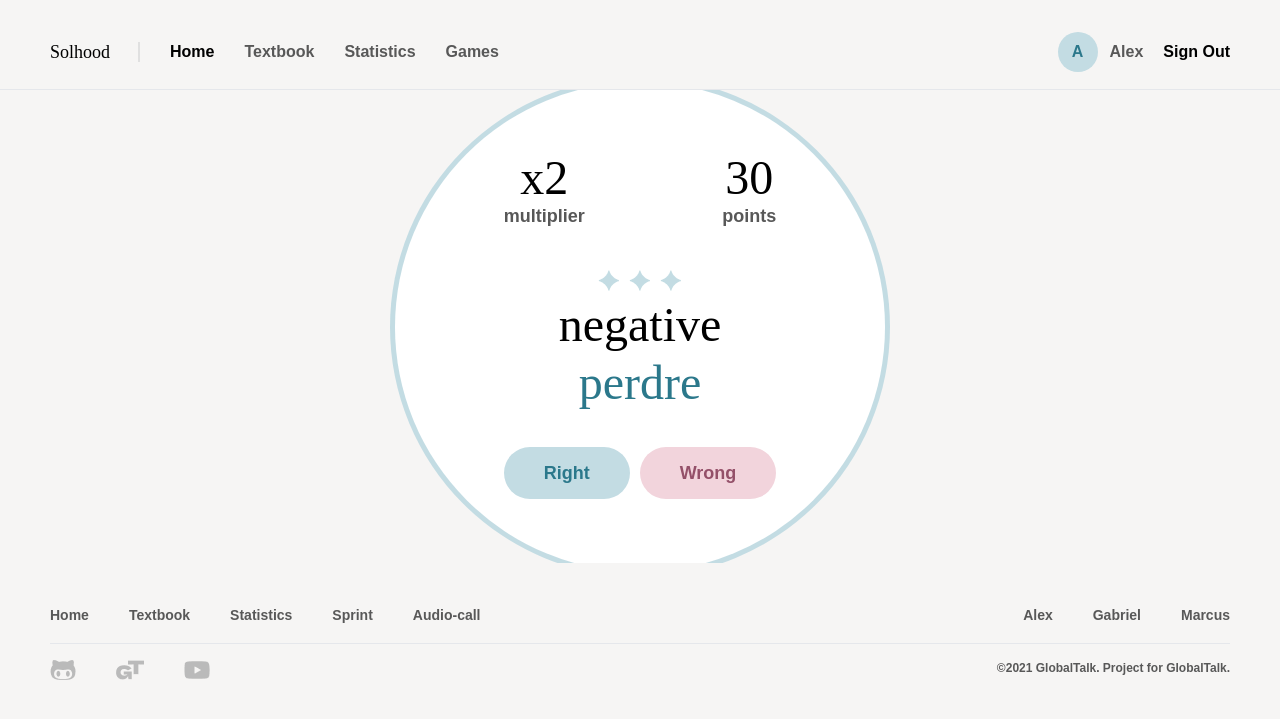
Repository: haudnn/solhood
Page: /game
An editor plug-in stored every save of this project. The page is shown before and after the next save, followed by the edit.
The browser window is 1280 px wide. The pictures show the whole page.
The project was rebuilt for these pictures with package versions that can differ from the ones it lists, and the page was loaded fresh each time. Also part of the build but not shown: src/pages/Home.tsx, src/pages/Sprint.tsx.

Above is the page before, as saved 2023-01-03 17:59:07.

### src/index.css
@tailwind base;
@tailwind components;
@tailwind utilities;

@import url('https://fonts.googleapis.com/css2?family=Dela+Gothic+One&family=Montserrat:wght@400;500;600;700&display=swap');

@layer components {
    html{
        scroll-behavior: smooth;
    }
    .app-container{
        width: 1180px !important;
        margin: 0 auto !important;
    }
    .wrapper {
        height: calc(100vh - 90px);
        overflow: hidden;
    }
    .line {
        position: relative;
    }
    .wrapper-calc {
        height: calc(100vh - 90px - 157px);
        overflow: hidden;
    }
    .cir-container{

    }
    .circular-progess{
        position: relative;
        height: 500px;
        width: 500px;
        border-radius: 50%;
        background: conic-gradient(#2b788b 3.6deg, #c3dce3 0deg);
        display: flex;
        align-items: center;
        justify-content: center;
    }
    .circular-progess::before{
        content: "";
        position: absolute;
        height: 490px;
        width: 490px;
        border-radius: 50%;
        background-color: white;
    }
    .content{
        position: relative;
    }
    .line::before{
        position: absolute;
        content: "";
        right: -30px;
        border-right: 2px solid #e0e0e0 ;
        height: 20px;
        top: 50%;
        transform: translateY(-50%);
    }
    .line-long {
        position: relative;
    }
    .line-long::before{
        position: absolute;
        content: "";
        right: 0px;
        border-right: 2px solid #e0e0e0 ;
        height: 100%;
        top: 50%;
        transform: translateY(-50%);
    }
    .bridge::before {
        position: absolute;
        left:0;
        top:-16px;
        width: 100%;
        height: 20px;
        content:"";
        display: block;
    }
    .grid {
        width: 100%;
        display: block !important;
        padding: 0;
    }

    .grid.wide {
        max-width: 1200px;
        margin: 0 auto;
    }

    .row {
        display: flex;
        flex-wrap: wrap;
        margin-left: -4px;
        margin-right: -4px;
    }

    .row.no-gutters {
        margin-left: 0;
        margin-right: 0;
    }

    .col {
        padding-left: 4px;
        padding-right: 4px;
    }

    .row.no-gutters .col {
        padding-left: 0;
        padding-right: 0;
    }

    .c-0 {
        display: none;
    }

    .c-1 {
        flex: 0 0 8.33333%;
        max-width: 8.33333%;
    }

    .c-2 {
        flex: 0 0 16.66667%;
        max-width: 16.66667%;
    }

    .c-3 {
        flex: 0 0 25%;
        max-width: 25%;
    }

    .c-4 {
        flex: 0 0 33.33333%;
        max-width: 33.33333%;
    }

    .c-5 {
        flex: 0 0 41.66667%;
        max-width: 41.66667%;
    }

    .c-6 {
        flex: 0 0 50%;
        max-width: 50%;
    }

    .c-7 {
        flex: 0 0 58.33333%;
        max-width: 58.33333%;
    }

    .c-8 {
        flex: 0 0 66.66667%;
        max-width: 66.66667%;
    }

    .c-9 {
        flex: 0 0 75%;
        max-width: 75%;
    }

    .c-10 {
        flex: 0 0 83.33333%;
        max-width: 83.33333%;
    }

    .c-11 {
        flex: 0 0 91.66667%;
        max-width: 91.66667%;
    }

    .c-12 {
        flex: 0 0 100%;
        max-width: 100%;
    }

    .c-o-1 {
        margin-left: 8.33333%;
    }

    .c-o-2 {
        margin-left: 16.66667%;
    }

    .c-o-3 {
        margin-left: 25%;
    }

    .c-o-4 {
        margin-left: 33.33333%;
    }

    .c-o-5 {
        margin-left: 41.66667%;
    }

    .c-o-6 {
        margin-left: 50%;
    }

    .c-o-7 {
        margin-left: 58.33333%;
    }

    .c-o-8 {
        margin-left: 66.66667%;
    }

    .c-o-9 {
        margin-left: 75%;
    }

    .c-o-10 {
        margin-left: 83.33333%;
    }

    .c-o-11 {
        margin-left: 91.66667%;
    }

    /* >= Tablet */
    @media (min-width: 740px) {
        .row {
            margin-left: -8px;
            margin-right: -8px;
        }

        .col {
            padding-left: 8px;
            padding-right: 8px;
        }

        .m-0 {
            display: none;
        }

        .m-1,
        .m-2,
        .m-3,
        .m-4,
        .m-5,
        .m-6,
        .m-7,
        .m-8,
        .m-9,
        .m-10,
        .m-11,
        .m-12 {
            display: block;
        }

        .m-1 {
            flex: 0 0 8.33333%;
            max-width: 8.33333%;
        }

        .m-2 {
            flex: 0 0 16.66667%;
            max-width: 16.66667%;
        }

        .m-3 {
            flex: 0 0 25%;
            max-width: 25%;
        }

        .m-4 {
            flex: 0 0 33.33333%;
            max-width: 33.33333%;
        }

        .m-5 {
            flex: 0 0 41.66667%;
            max-width: 41.66667%;
        }

        .m-6 {
            flex: 0 0 50%;
            max-width: 50%;
        }

        .m-7 {
            flex: 0 0 58.33333%;
            max-width: 58.33333%;
        }

        .m-8 {
            flex: 0 0 66.66667%;
            max-width: 66.66667%;
        }

        .m-9 {
            flex: 0 0 75%;
            max-width: 75%;
        }

        .m-10 {
            flex: 0 0 83.33333%;
            max-width: 83.33333%;
        }

        .m-11 {
            flex: 0 0 91.66667%;
            max-width: 91.66667%;
        }

        .m-12 {
            flex: 0 0 100%;
            max-width: 100%;
        }

        .m-o-1 {
            margin-left: 8.33333%;
        }

        .m-o-2 {
            margin-left: 16.66667%;
        }

        .m-o-3 {
            margin-left: 25%;
        }

        .m-o-4 {
            margin-left: 33.33333%;
        }

        .m-o-5 {
            margin-left: 41.66667%;
        }

        .m-o-6 {
            margin-left: 50%;
        }

        .m-o-7 {
            margin-left: 58.33333%;
        }

        .m-o-8 {
            margin-left: 66.66667%;
        }

        .m-o-9 {
            margin-left: 75%;
        }

        .m-o-10 {
            margin-left: 83.33333%;
        }

        .m-o-11 {
            margin-left: 91.66667%;
        }
    }

    /* PC medium resolution > */
    @media (min-width: 1113px) {
        .row {
            margin-left: -12px;
            margin-right: -12px;
        }

        .row.sm-gutter {
            margin-left: -5px;
            margin-right: -5px;
        }

        .col {
            padding-left: 12px;
            padding-right: 12px;
        }

        .row.sm-gutter .col {
            padding-left: 5px;
            padding-right: 5px;
        }

        .l-0 {
            display: none;
        }

        .l-1,
        .l-2,
        .l-2-4,
        .l-3,
        .l-4,
        .l-5,
        .l-6,
        .l-7,
        .l-8,
        .l-9,
        .l-10,
        .l-11,
        .l-12 {
            display: block;
        }

        .l-1 {
            flex: 0 0 8.33333%;
            max-width: 8.33333%;
        }

        .l-2 {
            flex: 0 0 16.66667%;
            max-width: 16.66667%;
        }

        .l-2-4 {
            flex: 0 0 20%;
            max-width: 20%;
        }

        .l-3 {
            flex: 0 0 25%;
            max-width: 25%;
        }

        .l-4 {
            flex: 0 0 33.33333%;
            max-width: 33.33333%;
        }

        .l-5 {
            flex: 0 0 41.66667%;
            max-width: 41.66667%;
        }

        .l-6 {
            flex: 0 0 50%;
            max-width: 50%;
        }

        .l-7 {
            flex: 0 0 58.33333%;
            max-width: 58.33333%;
        }

        .l-8 {
            flex: 0 0 66.66667%;
            max-width: 66.66667%;
        }

        .l-9 {
            flex: 0 0 75%;
            max-width: 75%;
        }

        .l-10 {
            flex: 0 0 83.33333%;
            max-width: 83.33333%;
        }

        .l-11 {
            flex: 0 0 91.66667%;
            max-width: 91.66667%;
        }

        .l-12 {
            flex: 0 0 100%;
            max-width: 100%;
        }

        .l-o-1 {
            margin-left: 8.33333%;
        }

        .l-o-2 {
            margin-left: 16.66667%;
        }

        .l-o-3 {
            margin-left: 25%;
        }

        .l-o-4 {
            margin-left: 33.33333%;
        }

        .l-o-5 {
            margin-left: 41.66667%;
        }

        .l-o-6 {
            margin-left: 50%;
        }

        .l-o-7 {
            margin-left: 58.33333%;
        }

        .l-o-8 {
            margin-left: 66.66667%;
        }

        .l-o-9 {
            margin-left: 75%;
        }

        .l-o-10 {
            margin-left: 83.33333%;
        }

        .l-o-11 {
            margin-left: 91.66667%;
        }
    }

    /* Tablet - PC low resolution */
    @media (min-width: 740px) and (max-width: 1023px) {
        .wide {
            width: 644px;
        }
    }

    /* > PC low resolution */
    @media (min-width: 1024px) and (max-width: 1239px) {
        .wide {
            width: 984px;
        }

        .wide .row {
            margin-left: -12px;
            margin-right: -12px;
        }

        .wide .row.sm-gutter {
            margin-left: -5px;
            margin-right: -5px;
        }

        .wide .col {
            padding-left: 12px;
            padding-right: 12px;
        }

        .wide .row.sm-gutter .col {
            padding-left: 5px;
            padding-right: 5px;
        }

        .wide .l-0 {
            display: none;
        }

        .wide .l-1,
        .wide .l-2,
        .wide .l-2-4,
        .wide .l-3,
        .wide .l-4,
        .wide .l-5,
        .wide .l-6,
        .wide .l-7,
        .wide .l-8,
        .wide .l-9,
        .wide .l-10,
        .wide .l-11,
        .wide .l-12 {
            display: block;
        }

        .wide .l-1 {
            flex: 0 0 8.33333%;
            max-width: 8.33333%;
        }

        .wide .l-2 {
            flex: 0 0 16.66667%;
            max-width: 16.66667%;
        }

        .wide .l-2-4 {
            flex: 0 0 20%;
            max-width: 20%;
        }

        .wide .l-3 {
            flex: 0 0 25%;
            max-width: 25%;
        }

        .wide .l-4 {
            flex: 0 0 33.33333%;
            max-width: 33.33333%;
        }

        .wide .l-5 {
            flex: 0 0 41.66667%;
            max-width: 41.66667%;
        }

        .wide .l-6 {
            flex: 0 0 50%;
            max-width: 50%;
        }

        .wide .l-7 {
            flex: 0 0 58.33333%;
            max-width: 58.33333%;
        }

        .wide .l-8 {
            flex: 0 0 66.66667%;
            max-width: 66.66667%;
        }

        .wide .l-9 {
            flex: 0 0 75%;
            max-width: 75%;
        }

        .wide .l-10 {
            flex: 0 0 83.33333%;
            max-width: 83.33333%;
        }

        .wide .l-11 {
            flex: 0 0 91.66667%;
            max-width: 91.66667%;
        }

        .wide .l-12 {
            flex: 0 0 100%;
            max-width: 100%;
        }

        .wide .l-o-1 {
            margin-left: 8.33333%;
        }

        .wide .l-o-2 {
            margin-left: 16.66667%;
        }

        .wide .l-o-3 {
            margin-left: 25%;
        }

        .wide .l-o-4 {
            margin-left: 33.33333%;
        }

        .wide .l-o-5 {
            margin-left: 41.66667%;
        }

        .wide .l-o-6 {
            margin-left: 50%;
        }

        .wide .l-o-7 {
            margin-left: 58.33333%;
        }

        .wide .l-o-8 {
            margin-left: 66.66667%;
        }

        .wide .l-o-9 {
            margin-left: 75%;
        }

        .wide .l-o-10 {
            margin-left: 83.33333%;
        }

        .wide .l-o-11 {
            margin-left: 91.66667%;
        }
    }
}

### src/App.tsx
import "./App.css";
import { BrowserRouter } from 'react-router-dom';
import RouterConfig from './config/RouterConfig';
import Footer from "./components/Layout/Footer";
import Header from "./components/Layout/Header";
function App() {
  return (
    <div className="App font-montserrat">
      <BrowserRouter>
        <Header />
        <RouterConfig/>
        <Footer/>
      </BrowserRouter>
    </div>
  );
}

export default App;

### src/config/RouterConfig.tsx
import React from 'react'
import { Routes, Route } from 'react-router-dom';
import {router} from '../constants';
const RouterConfig = () => {
  return (
    <Routes>
    {router.map(({ path, component }) => (
      <Route key={path} path={path} element={component} />
    ))}
  </Routes>
  )
}

export default RouterConfig

### src/components/Layout/Footer.tsx
import React from "react";
import github from '../../assets/imgs/github.png';
import GT from '../../assets/imgs/GT.png'
import youtube from '../../assets/imgs/youtube.png'
const Footer = () => {
  return (
    <footer>
      <div className="bg-greyligt py-[40px]">
        <div className="app-container">
          <div className="pb-4 border-b border-solid boder-[greymedium]">
            <div className="grid">
              <div className="row">
                <div className="col l-6">
                  <ul className="flex items-center gap-x-10">
                    <li>
                      <a
                        className="text-sm font-semibold text-greydark"
                        href="/"
                      >
                        Home
                      </a>
                    </li>
                    <li>
                      <a
                        className="text-sm font-semibold text-greydark"
                        href="/"
                      >
                        Textbook
                      </a>
                    </li>
                    <li>
                      <a
                        className="text-sm font-semibold text-greydark"
                        href="/"
                      >
                        Statistics
                      </a>
                    </li>
                    <li>
                      <a
                        className="text-sm font-semibold text-greydark"
                        href="/"
                      >
                        Sprint
                      </a>
                    </li>
                    <li>
                      <a
                        className="text-sm font-semibold text-greydark"
                        href="/"
                      >
                        Audio-call
                      </a>
                    </li>
                  </ul>
                </div>
                <div className="col l-6">
                  <ul className="flex items-center justify-end gap-x-10">
                    <li>
                      <a
                        className="text-sm font-semibold text-greydark"
                        href="/"
                      >
                        Alex
                      </a>
                    </li>
                    <li>
                      <a
                        className="text-sm font-semibold text-greydark"
                        href="/"
                      >
                        Gabriel
                      </a>
                    </li>
                    <li>
                      <a
                        className="text-sm font-semibold text-greydark"
                        href="/"
                      >
                        Marcus
                      </a>
                    </li>
                  </ul>
                </div>
              </div>
            </div>
          </div>
          <div className="pt-4">
            <div className="grid">
              <div className="row">
                <div className="col l-6">
                  <ul className="flex items-center gap-x-10">
                    <li>
                      <a href="/">
                        <img src={github} alt="" />
                      </a>
                    </li>
                    <li>
                      <a href="/">
                        <img src={GT} alt="" />
                      </a>
                    </li>
                    <li>
                      <a href="/">
                        <img src={youtube} alt="" />
                      </a>
                    </li>
                  </ul>
                </div>
                <div className="col l-6">
                  <div className="flex items-center justify-end">
                    <span className="text-xs font-semibold text-greydark ">
                      ©2021 GlobalTalk. Project for GlobalTalk.
                    </span>
                  </div>
                </div>
              </div>
            </div>
          </div>
        </div>
      </div>
    </footer>
  );
};

export default Footer;

### src/components/Layout/Header.tsx
import React from "react";

const Header = () => {
  return (
      <header className="py-8 border-b border-solid border-[grey-dark] bg-greyligt max-h-[90px]">
        <div className="app-container">
          <div className="grid">
            <div className="row">
              <div className="col l-6">
                <div className="flex items-center gap-x-[60px] h-full">
                  <div className="line">
                    <a href="/" className="text-lg text-black font-dela">Solhood</a>
                  </div>
                  <div className="">
                    <ul className="flex items-center gap-x-[30px]">
                      <li>
                        <a
                          className="text-base font-semibold text-black"
                          href="/"
                        >
                          Home
                        </a>
                      </li>
                      <li>
                        <a
                          className="text-base font-semibold text-greydark"
                          href="/"
                        >
                          Textbook
                        </a>
                      </li>
                      <li>
                        <a
                          className="text-base font-semibold text-greydark"
                          href="/"
                        >
                          Statistics
                        </a>
                      </li>
                      <li className="relative group">
                        <a
                          className="text-base font-semibold text-greydark"
                          href="/"
                        >
                          Games
                        </a>
                        <div className="z-10 group-hover:block hidden absolute bg-white rounded-xl shadow-lg w-[215px] p-5 top-10 bridge">
                          <ul>
                            <li className="mb-2 text-base font-semibold text-greydark">
                              <a href="/sprint">Sprint</a>
                            </li>
                            <li>
                              <a href="/" className="text-base font-semibold text-greydark">Audio call</a>
                            </li>
                          </ul>
                        </div>
                      </li>
                    </ul>
                  </div>
                </div>
              </div>
              <div className="col l-6">
                <div className="flex justify-end">
                  <div className="flex items-center mr-5 gap-x-3">
                    <div className="flex items-center justify-center w-10 h-10 rounded-[50%] bg-cyanlight">
                      <span className="text-base font-semibold text-cyandark">
                        A
                      </span>
                    </div>
                    <span className="text-base font-semibold text-greydark">
                      Alex
                    </span>
                  </div>
                  <div className="flex items-center">
                    <a href="/" className="text-base font-semibold text-black">
                      Sign Out
                    </a>
                  </div>
                </div>
              </div>
            </div>
          </div>
        </div>
      </header>
  );
};

export default Header;

### src/constants/index.ts
import router from "./router"

export {router}

### src/constants/router.tsx
import Game from "../pages/Game";
import Home from "../pages/Home";
import Sprint from "../pages/Sprint";
const router = [
 {
    path: '/',
    component: <Home />,
 },
 {
   path: '/sprint',
   component: <Sprint />,
 },
 {
  path: '/game',
   component: <Game />,
 }

]
export default router;

### src/pages/Game.tsx
import React from "react";
import level from "../assets/imgs/level.png";
const Game = () => {
  return (
    <div className="game bg-greyligt">
      <div className="flex items-center justify-center wrapper-calc">
        <div className="cir-container">
          <div className="circular-progess">
            <div className="content">
              <div className="flex items-center justify-between mb-10">
                <div className="flex flex-col items-center">
                  <p className="text-5xl font-dela">x2</p>
                  <p className="text-lg font-semibold text-greydark">
                    multiplier
                  </p>
                </div>
                <div className="flex flex-col items-center">
                  <p className="text-5xl font-dela">30</p>
                  <p className="text-lg font-semibold text-greydark">points</p>
                </div>
              </div>
              <div className="mb-10">
                <div className="flex items-center justify-center gap-x-[10px] mb-[10px]">
                  <div>
                    <img
                      src={level}
                      alt=""
                      className="object-cover w-full h-full"
                    />
                  </div>
                  <div>
                    <img
                      src={level}
                      alt=""
                      className="object-cover w-full h-full"
                    />
                  </div>
                  <div>
                    <img
                      src={level}
                      alt=""
                      className="object-cover w-full h-full"
                    />
                  </div>
                </div>
                <div>
                  <p className="text-5xl font-dela mb-[10px] text-center">
                    negative
                  </p>
                  <p className="text-5xl font-dela mb-[10px] text-cyandark text-center">
                    perdre
                  </p>
                </div>
              </div>
              <div className="flex items-center justify-center gap-x-[10px]">
                <button className="px-10 py-3 rounded-full bg-cyanlight">
                  <span className="text-lg font-bold text-cyandark">Right</span>
                </button>
                <button className="px-10 py-3 rounded-full bg-pinklight">
                  <span className="text-lg font-bold text-pinkdark">Wrong</span>
                </button>
              </div>
            </div>
          </div>
        </div>
      </div>
    </div>
  );
};

export default Game;

### tailwind.config.js
/** @type {import('tailwindcss').Config} */
module.exports = {
  content: ["./src/**/*.{html,jsx,js,tsx}"],
  theme: {
    fontFamily: {
      dela: ["Dela Gothic One", "cursive"],
      montserrat: ["Montserrat", "sans-serif"],
    },
    extend: {
      colors: {
        cyandesign: "#5996a5",
        cyandark: "#2b788b",
        cyanlight: "#c3dce3",
        pinkdesign: "#a15993",
        pinkdark: "#945069",
        pinklight: "#f2d4dc",
        black: "#000000",
        greyligt: "#f6f5f4",
        greymedium: "#e0e0e0",
        greyicon: "#bababa",
        greydark: "#585858",
        greendesign: "#639b6d",
        reddesign: "#a95151",
        yellowdesign: "#c4a24c",
        orangedesign: "#cb5b43",
      },
    },
  },
  plugins: [],
}

Loaded but not shown: public/index.html (common file); src/index.tsx (common file); src/App.css (common file)

After the next save:
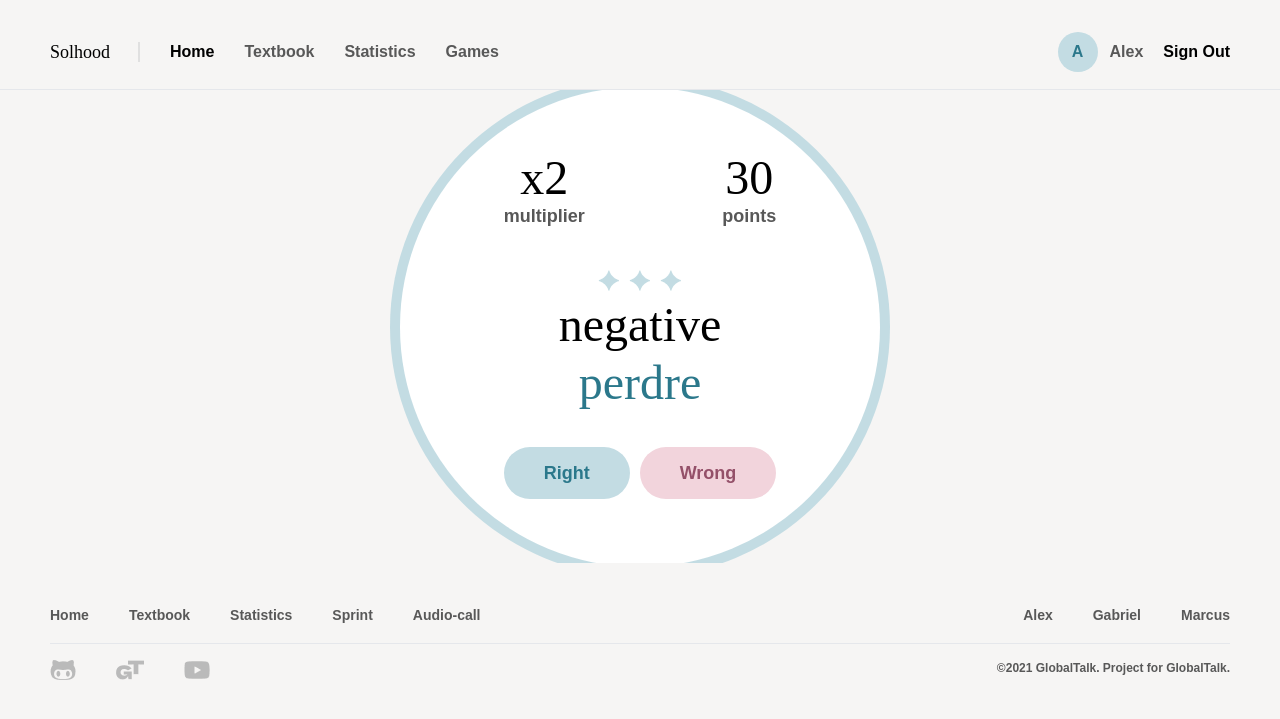
Saved 5 s later.
--- a/src/index.css
+++ b/src/index.css
@@ -39,8 +39,8 @@
     .circular-progess::before{
         content: "";
         position: absolute;
-        height: 490px;
-        width: 490px;
+        height: 480px;
+        width: 480px;
         border-radius: 50%;
         background-color: white;
     }
